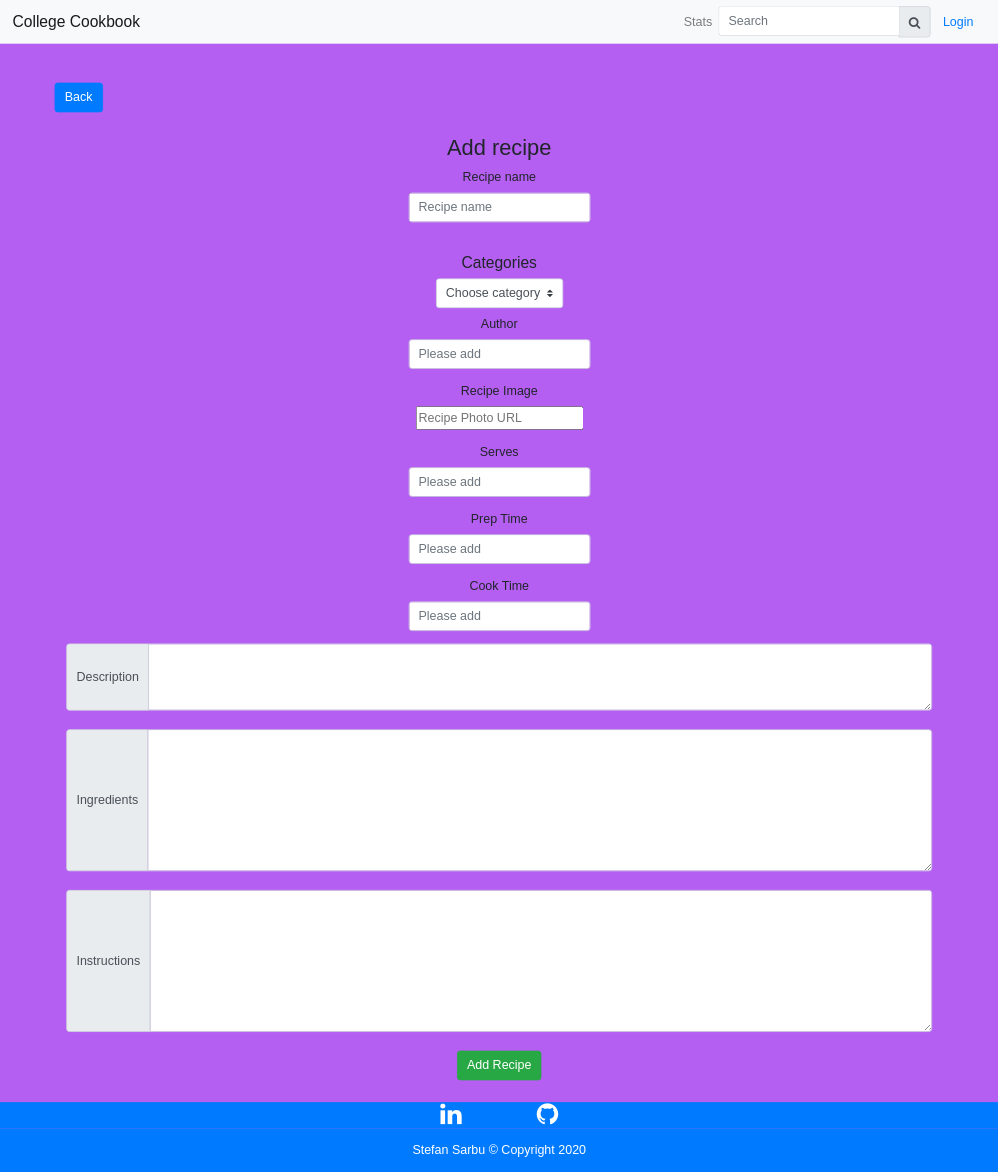
Repository: iiostefanos/college-cookbook
Page: templates/add_recipe.html
The author's editor kept a record of every edit. The page is drawn from the files as they stood at one moment, then again after the next edit.
The browser window is 1280 px wide. The pictures show the whole page, at 78% of full size.
The page is served by the project's application, run on Flask 3 (app.py). The template is opened directly, without the code that normally fills it, so the values that code supplies are empty.

Above is the page before.

### templates/add_recipe.html
{% extends 'base.html' %} {% block content %}

<div class="container h-100">
 <div class="row d-flex h-100">
    <div class="align-self-start mr-auto">
 <a class="btn btn-primary" href="{{url_for('get_recipes')}}">Back</a>
    </div>
  </div>
</div>

<main class="container">
    <h3 class="text-center">Add recipe</h3>

    <!--Recipe name field-->
            <div class="container-fluid text-center">
                <div class="row justify-content-md-center mt-2">
                    <div class="form-group">
                        <label for="formGroupExampleInput">Recipe name</label>
                        <input type="text" class="form-control" id="recipe_name" name="recipe_name" placeholder="Recipe name">
                    </div>
                </div>
            </div>

    <div class="row">
        <form action="{{ url_for('insert_recipe') }}" method="POST" class="col-md-12">

            <!--Category selection-->
            <div class="row justify-content-md-center">
                <div class="form-row text-center mt-4">
                    <div class="col-md-12">

                        <h5 class="text-center">Categories</h5>
                        <select id="category" name="category_name" class="custom-select">
                            <option value="" disable selected>Choose category</option>
                            {% for cat in categories %}
                            <option value="{{cat.category_name}}">{{cat.category_name}}</option>
                            {% endfor %}
                        </select>
                    </div>
                </div>
            </div>

             <!--Author field-->
            <div class="container-fluid text-center mx-auto">
                <div class="row justify-content-md-center mt-2">
                    <div class="form-group">
                        <label for="formGroupExampleInput2">Author</label>
                        <input type="text" class="form-control" id="Author" name="Author" placeholder="Please add">
                    </div>
                </div>
            </div>

            <!--Image field-->
            <div class="container-fluid text-center mx-auto">
                <div class="row justify-content-md-center">
                    <div class="form-group">
                        <label for="formGroupExampleInput">Recipe Image</label>
                        <div class="imgurl">
                            <input id="img_src" name="recipe_image" type="text" minlength="15" placeholder="Recipe Photo URL" pattern="https?://.+" autocomplete="off">
                        </div>
                    </div>
                </div>
            </div>

            <!-- Serves, Prep time and cook time fields-->
            <div class="container-fluid text-center mx-auto">
                <div class="row justify-content-md-center">
                    <div class="form-group">
                        <label for="formGroupExampleInput2">Serves</label>
                        <input type="text" class="form-control" id="Serves" name="Serves" placeholder="Please add">
                    </div>
                </div>
            </div>

            <div class="container-fluid text-center mx-auto">
                <div class="row justify-content-md-center">
                    <div class="form-group">
                        <label for="formGroupExampleInput2">Prep Time</label>
                        <input type="text" class="form-control" id="Prep_Time" name="Prep_Time" placeholder="Please add">
                    </div>
                </div>
            </div>

            <div class="container-fluid text-center mx-auto">
                <div class="row justify-content-md-center">
                    <div class="form-group">
                        <label for="formGroupExampleInput2">Cook Time</label>
                        <input type="text" class="form-control" id="Cook_Time" name="Cook_Time" placeholder="Please add">
                    </div>
                </div>
            </div>



            <!--Recipe description container-->
            <div class="container-fluid text-center mx-auto">
                <div class="row">
                    <div class="input-group">
                        <div class="input-group-prepend">
                            <span class="input-group-text">Description</span>
                        </div>
                        <textarea class="form-control" aria-label="Recipe description" name="recipe_description" rows="3" cols="30"></textarea>
                    </div>
                </div>
            </div>


            <!--Ingredients container-->
            <div class="container-fluid text-center mx-auto">
                <div class="row mt-4">
                    <div class="input-group">
                        <div class="input-group-prepend">
                            <span class="input-group-text">Ingredients</span>
                        </div>
                        <textarea class="form-control" aria-label="Ingredients" name="Ingredients" rows="7" cols="30"></textarea>
                    </div>
                </div>
            </div>



            <!--Instructions container-->
            <div class="container-fluid text-center mx-auto">
                <div class="row mt-4">
                    <div class="input-group">
                        <div class="input-group-prepend">
                            <span class="input-group-text">Instructions</span>
                        </div>
                        <textarea class="form-control" aria-label="Instructions" name="Instructions" rows="7" cols="30"></textarea>
                    </div>
                </div>
            </div>

            <br>
            <!--Submit button-->
            <div class="container-fluid text-center mx-auto">
                <div class="row justify-content-md-center mb-3">
                    <div class="col-md-6">
                        <button type="submit" class="btn btn-success">Add Recipe</button>
                    </div>
                </div>
            </div>
        </form>
        <br>


  </main>







        {% endblock %}

### templates/base.html
<!DOCTYPE html>
<html>
    <head>

        <!-- Bootstrap CSS -->
        <link rel="stylesheet" href="https://stackpath.bootstrapcdn.com/bootstrap/4.4.1/css/bootstrap.min.css" integrity="sha384-Vkoo8x4CGsO3+Hhxv8T/Q5PaXtkKtu6ug5TOeNV6gBiFeWPGFN9MuhOf23Q9Ifjh" crossorigin="anonymous">

        <!-- Custom CSS -->
        <link rel="stylesheet" href="{{url_for('static', filename='css/style.css')}}" type="text/css"/>
        <!-- Font awesome -->
        <link href="https://stackpath.bootstrapcdn.com/font-awesome/4.7.0/css/font-awesome.min.css" rel="stylesheet" integrity="sha384-wvfXpqpZZVQGK6TAh5PVlGOfQNHSoD2xbE+QkPxCAFlNEevoEH3Sl0sibVcOQVnN" crossorigin="anonymous">
        <link rel="shortcut icon" type="image/png" href="{{url_for('static', filename='img/favicon.png')}}" />
    </head>
    <body>

        <header>
            <nav class="navbar navbar-expand-lg navbar-light bg-light">
  <a class="navbar-brand" href="{{url_for('get_recipes')}}">College Cookbook</a>
  <button class="navbar-toggler" type="button" data-toggle="collapse" data-target="#navbarNavAltMarkup" aria-controls="navbarNavAltMarkup" aria-expanded="false" aria-label="Toggle navigation">
    <span class="navbar-toggler-icon"></span>
  </button>
  <div class="collapse navbar-collapse" id="navbarNavAltMarkup">
    <div class="navbar-nav ml-auto">

      <a class="nav-item nav-link" href="{{url_for('stats')}}">Stats</a>
      <div class="input-group">
      <input class="form-control py-2 border-right-0 border" type="search" placeholder="Search">
      <div class="input-group-append">
          <div class="input-group-text" id="btnGroupAddon2"><i class="fa fa-search"></i></div>
      </div>
  </div>
  </div>

      {% if user is defined %}
      {% block navbar %}

{% endblock %}

        <ul class="navbar-nav navbar-center">
               <a class="nav-link" href="{{ url_for('add_recipe') }}">Add a Recipe</a>
               <a class="nav-link" href="{{ url_for('logout') }}">Log Out</a>



        {% else %}

      <a class="nav-item nav-link" data-toggle="modal" data-target="#login" href="{{url_for('get_recipes')}}">Login</a>
      {% endif %}
      </ul>
    </div>
  </div>
</nav>

<br>
</header>



        {% block content %}
        {% endblock %}





<!-- Login Modal -->
<div class="modal fade" id="login" tabindex="-1" role="dialog" aria-labelledby="ModalLabel" aria-hidden="true">
  <div class="modal-dialog" role="document">
    <div class="modal-content">
      <div class="modal-header">
        <h5 class="modal-title" id="ModalLabel">Login to your account</h5>
        <button type="button" class="close" data-dismiss="modal" aria-label="Close">
          <span aria-hidden="true">&times;</span>
        </button>
      </div>
      <div class="modal-body">
        <form role="form" method=POST action="{{ url_for('login') }}">
                      <div class="form-group">
                        <label for="user"><i class="fa fa-user" aria-hidden="true"></i>
Username</label>
                          <input type="user" class="form-control" placeholder="Username" name="username" required value="{{
          request.form.username }}">
                      </div>
                      <div class="form-group">
                        <label for="password"><i class="fa fa-pencil-square-o" aria-hidden="true"></i>
Password</label>
                          <input type="password" class="form-control" placeholder="Password" name="password" required>
                      </div>

                  <br>
            <div>
                Don't have an account? <a data-toggle="modal" data-target="#register" data-dismiss="modal" href=''>Sign up here</a>
            </div>
      </div>
      <div class="modal-footer">
        <button type="button" class="btn btn-secondary" data-dismiss="modal">Close</button>
        <button type="submit" class="btn btn-primary"><i class="fa fa-sign-in" aria-hidden="true"></i>
Login </button>
      </form>
      </div>
    </div>
  </div>
</div>

          <!-- Signup Modal -->
<div class="modal fade" id="register" tabindex="-1" role="dialog" aria-labelledby="ModalLabel" aria-hidden="true">
  <div class="modal-dialog" role="document">
    <div class="modal-content">
      <div class="modal-header">
        <h5 class="modal-title" id="ModalLabel">Signup</h5>
        <button type="button" class="close" data-dismiss="modal" aria-label="Close">
          <span aria-hidden="true">&times;</span>
        </button>
      </div>
      <div class="modal-body">
         <form role="form" method=POST action="{{ url_for('register') }}">
                      <div class="form-group">
                        <label for="user"><i class="fa fa-user" aria-hidden="true"></i>
Username</label>
                          <input type="user" class="form-control" placeholder="Username" name="username" required>
                      </div>
                      <div class="form-group">
                        <label for="password"><i class="fa fa-pencil-square-o" aria-hidden="true"></i>
 Password</label>
                          <input type="password" class="form-control" placeholder="Password" name="password" required>
                      </div>
                      <div class="form-group">
                        <label for="password"><i class="fa fa-pencil-square-o" aria-hidden="true"></i>
Re-type Password</label>
                          <input type="password" class="form-control" placeholder="Re-type Password" name="password1" required>
                      </div>

      </div>
      <div class="modal-footer">
        <button type="button" class="btn btn-secondary" data-dismiss="modal">Close</button>
        <button type="submit" class="btn btn-primary"><i class="fa fa-user-plus" aria-hidden="true"></i>

Signup </button>
       </form>
      </div>
    </div>
  </div>
</div>


<!-- Footer -->
<footer >
<div class="container-fluid">
        <div class="row bg-primary mt-2">
          <div class="col-md-12">
            <div class="d-flex justify-content-center align-items-center">

              <!--Linkedin -->
          <a target="_blank" href="https://www.linkedin.com/">
            <span class="p-5 text-white"><i class="fa fa-linkedin fa-2x" aria-hidden="true"></i></a>
          </span>


          <!--Github-->
          <a target="_blank" href="https://www.github.com/">
            <span class="p-5 text-white"><i class="fa fa-github fa-2x"> </i>
          </a>
          </span>
            </div>
          </div>
        </div>
      </div>


    <div class="container-fluid">
        <div class="row bg-primary">
          <div class="col-md-12">
            <div class="d-flex justify-content-center align-items-center">

              <span class="p-3 text-white"
                >Stefan Sarbu &copy; Copyright 2020</span
              >
            </div>
          </div>
        </div>
      </div>
</footer>
<!-- Footer -->



        <script src="https://code.jquery.com/jquery-3.4.1.slim.min.js" integrity="sha384-J6qa4849blE2+poT4WnyKhv5vZF5SrPo0iEjwBvKU7imGFAV0wwj1yYfoRSJoZ+n" crossorigin="anonymous"></script>
        <script src="https://cdn.jsdelivr.net/npm/popper.js@1.16.0/dist/umd/popper.min.js" integrity="sha384-Q6E9RHvbIyZFJoft+2mJbHaEWldlvI9IOYy5n3zV9zzTtmI3UksdQRVvoxMfooAo" crossorigin="anonymous"></script>
        <script src="https://stackpath.bootstrapcdn.com/bootstrap/4.4.1/js/bootstrap.min.js" integrity="sha384-wfSDF2E50Y2D1uUdj0O3uMBJnjuUD4Ih7YwaYd1iqfktj0Uod8GCExl3Og8ifwB6" crossorigin="anonymous"></script>
        <script src="../static/js/script.js"type="text/javascript"></script>







    </body>
</html>

### app.py
import os
from flask import Flask, render_template, redirect, request, url_for, session, flash
from flask_pymongo import PyMongo
from werkzeug.security import generate_password_hash, check_password_hash
from bson.objectid import ObjectId
from os import path

if path.exists("env.py"):
    import env

app = Flask(__name__)

app.config["MONGO_DBNAME"] = 'college_cookbook'
app.config["MONGO_URI"] = os.environ["MONGO_URI"]
app.config['SECRET_KEY'] = os.urandom(24)
mongo = PyMongo(app)

# Collections

users_collection = mongo.db.users
recipes_collection = mongo.db.recipes

# Login
@app.route('/login', methods=['GET', 'POST'])
def login():
	form = request.form.to_dict()
	user_in_db = users_collection.find_one({'username': form['username']})
	# Check for user in database
	if user_in_db:
		# If passwords match (hashed / real password)
		if check_password_hash(user_in_db['password'], form['password']):
			# Log user in (add to session)
			session['user'] = form['username']
			# If the user is admin redirect him to admin area
			if session['user'] == "user":
				return redirect(url_for('get_recipes'))
			else:
				flash("Logged in successful!")
				return redirect(url_for('get_recipes', user=user_in_db['username']))

		else:
			flash("Wrong password or username!")
			flash("Try login again")
			return redirect(url_for('get_recipes'))
	else:
		flash("You need to signup !")
		return redirect(url_for('get_recipes'))



# Sign up
@app.route('/register', methods=['GET', 'POST'])
def register():
	# Check if user is not logged in already
	if 'user' in session:
		flash('Already sign in!')
		return redirect(url_for('get_recipes'))
	if request.method == 'POST':
		form = request.form.to_dict()
		# Check if the password and password1 actually match
		if form['password'] == form['password1']:
			# If so try to find the user in db
			user = users_collection.find_one({"username" : form['username']})
			print(form)
			if user:
				flash(f"{form['username']} already exists!")
				return redirect(url_for('get_recipes'))
			# If user does not exist register new user
			else:
				# Hash password
				hash_pass = generate_password_hash(form['password'])
				#Create new user with hashed password
				users_collection.insert_one(
					{
						'username': form['username'],
						'password': hash_pass
					}
				)
				# Check if user is actually saved
				user_in_db = users_collection.find_one({"username": form['username']})
				if user_in_db:
					# Log user in (add to session)
					session['user'] = user_in_db['username']
					return redirect(url_for('get_recipes', user=user_in_db['username']))
				else:
					flash("There was a problem saving your profile")
					return redirect(url_for('get_recipes'))

		else:
			flash("Passwords don't match!")
			return redirect(url_for('get_recipes'))

	return render_template("recipes")

# Log out
@app.route('/logout')
def logout():
	# Clear the session
	session.clear()
	flash('You were logged out!')
	return redirect(url_for('get_recipes'))

@app.route('/')
@app.route('/get_recipes')
def get_recipes():
    if 'user' in session:
      return render_template("recipes.html", recipes=mongo.db.recipes.find(), user = session['user'])
    else:
      return render_template("recipes.html", recipes=mongo.db.recipes.find())



@app.route('/stats')
def stats():
    return render_template("stats.html",
    recipes=mongo.db.recipes.find())


@app.route('/add_recipe')
def add_recipe():
    if 'user' in session:
        categories=mongo.db.categories.find()
        flash('Recipe added')
        return render_template('add_recipe.html', categories = categories)
    else:
        return render_template("recipes.html", recipes=mongo.db.recipes.find())

@app.route ('/insert_recipe', methods=['POST'])
def insert_recipe():
    recipes=mongo.db.recipes
    recipes.insert_one(request.form.to_dict())
    return redirect(url_for('get_recipes'))

@app.route('/edit_recipe/<recipe_id>', methods=['POST'])
def edit_recipe(recipe_id):
    if 'user' in session:
        the_recipe = mongo.db.recipes.find_one({"_id": ObjectId(recipe_id)})
        all_categories = mongo.db.categories.find()
        return render_template('edit_recipe.html', recipe=the_recipe, categories=all_categories)
    else:
        return render_template("recipes.html", recipes=mongo.db.recipes.find())

@app.route('/update_recipe/<recipe_id>', methods=['POST'])
def update_recipe(recipe_id):
    recipes=mongo.db.recipes
    recipes.update_one({'_id': ObjectId(recipe_id)},
    { "$set":
       {
        "category_name":request.form.get('category_name'),
        "recipe_name":request.form.get('recipe_name'),
        "recipe_image":request.form.get('recipe_image'),
        "Serves":request.form.get('Serves'),
        "Prep_Time":request.form.get('Prep_Time'),
        "Cook_Time":request.form.get('Cook_Time'),
        "recipe_description":request.form.get('recipe_description'),
        "Author":request.form.get('Author'),
        "Ingredients":request.form.get('Ingredients'),
        "Instructions":request.form.get('Instructions')
        }
     }
    )
    return redirect(url_for('get_recipes'))



@app.route('/delete_recipe/<recipe_id>', methods=['POST'])
def delete_recipe(recipe_id):
    if 'user' in session:
        mongo.db.recipes.remove({'_id': ObjectId(recipe_id)})
        flash('Recipe deleted')
    return redirect(url_for('get_recipes'))

@app.route('/how_to/<recipe_id>')
def how_to(recipe_id):

        the_recipe = mongo.db.recipes.find_one({"_id": ObjectId(recipe_id)})
        all_categories = mongo.db.categories.find()
        return render_template('how_to.html', recipe=the_recipe, categories=all_categories)


if __name__ == '__main__':
    app.run(host=os.environ.get('IP'),
            port=int(os.environ.get('PORT')),
            debug=True)

### static/css/style.css
body {
    background-color: #b45ef2;
    background-repeat: repeat-x;
    font-family: Arial, Helvetica, sans-serif;

    }

.btn-small
{
    height: 24px;
    width: 60px;
    line-height: 24px;
    margin: 5px 5px;
    padding: 0 0.5em;
}

.recipe-header {
    margin-top: 5px;
}

.signup {
  text-align:center;
  margin-top: 4px;
}

.videoframe {
  width:560px;
  height:315px;
  padding-right: 34px;
}

.card {
  padding-right: 3px;
  margin: 0 5px;
}

.card-img-top {
height: 300px;
width: 350px;
}

.invite{
  padding-top: 24px;
}

.charts img {


    width:  400px;
    height: 300px;
    background-size: cover;
}


.container {
  margin-top: 2%;
  padding-bottom: 4px;
}
.inner {
  overflow: hidden;
}

.inner img{
  transition: all 1.5s ease;
}

.inner:hover img {
  transform: scale(1.5);
}

.navbar-nav.navbar-center {
    position: absolute;
    left: 50%;
    transform: translatex(-50%);
}

.user-greeting {
  margin-top: 94px;
}

### static/js/script.js


window.setTimeout(function() {
    $(".alert").fadeTo(500, 0).slideUp(500, function(){
        $(this).remove();
    });
}, 2000);

After the next edit:
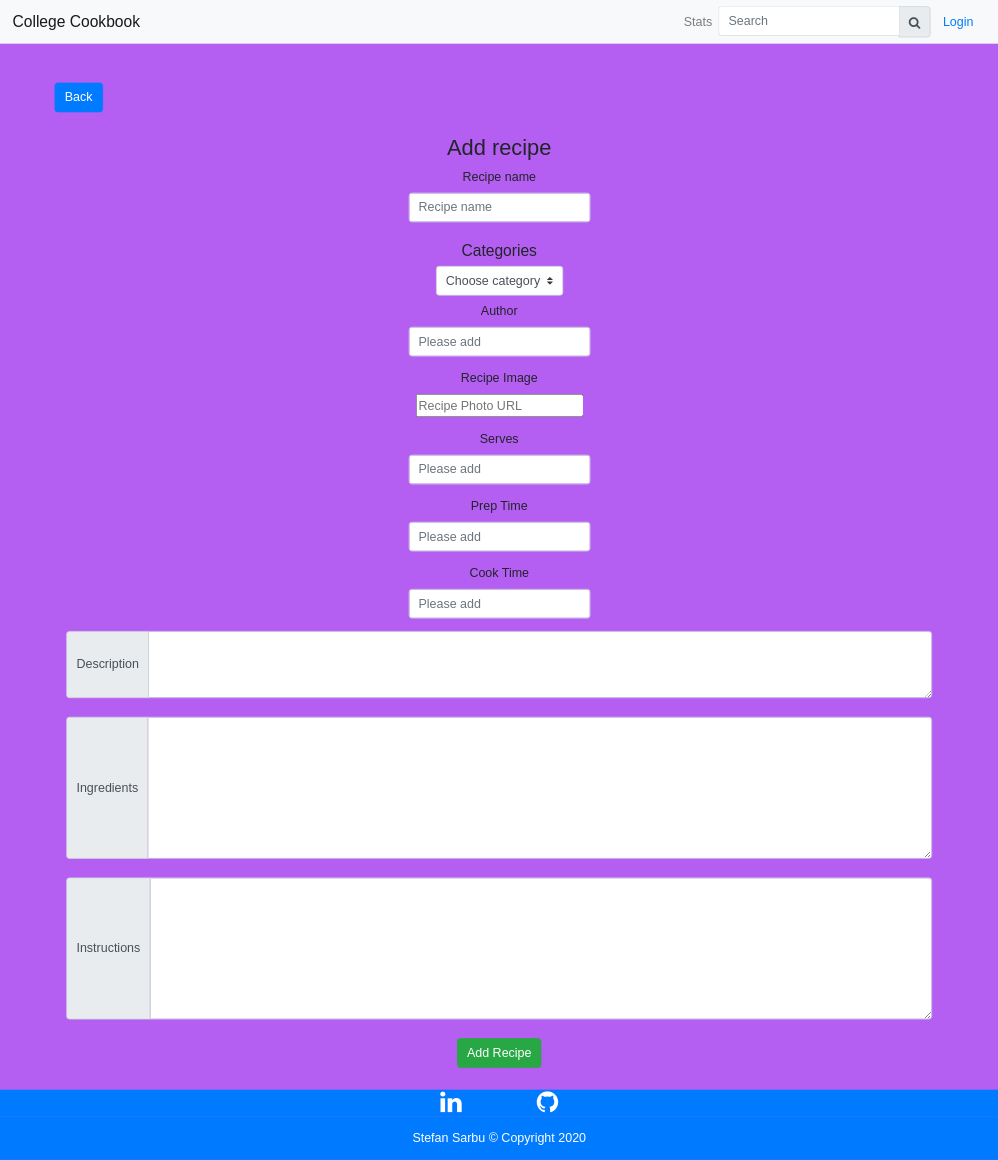
The edit:
--- a/templates/add_recipe.html
+++ b/templates/add_recipe.html
@@ -26,7 +26,7 @@
 
             <!--Category selection-->
             <div class="row justify-content-md-center">
-                <div class="form-row text-center mt-4">
+                <div class="form-row text-center mt-2">
                     <div class="col-md-12">
 
                         <h5 class="text-center">Categories</h5>
